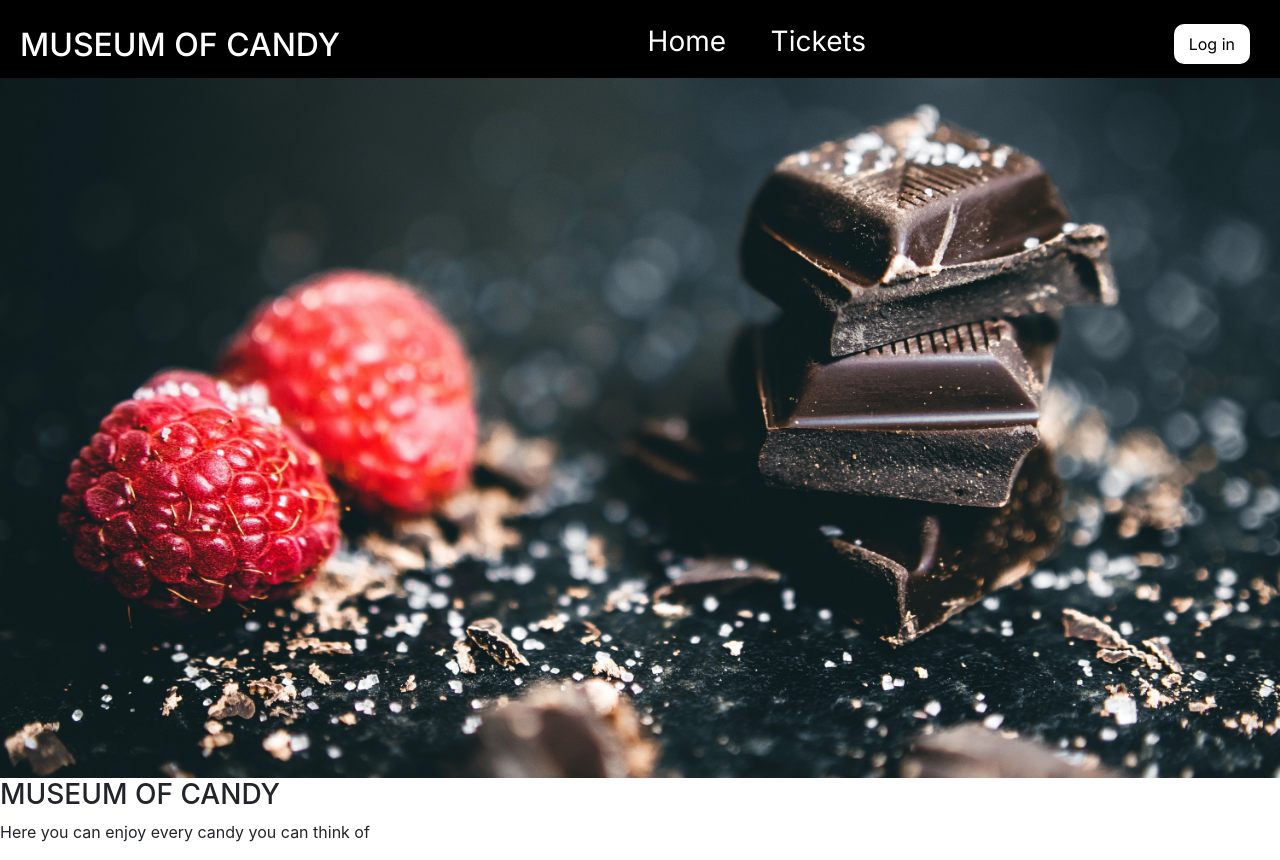
Repository: m-koparanova/MuseumOfCandy
Page: index.html
These files come from the project's save history. The page is drawn as it stood at one moment and after the next save; the edit follows.
The browser window is 1280 px wide. The pictures show the whole page.

Above is the page before, as saved 2023-03-05 19:34:21.

After the next save:
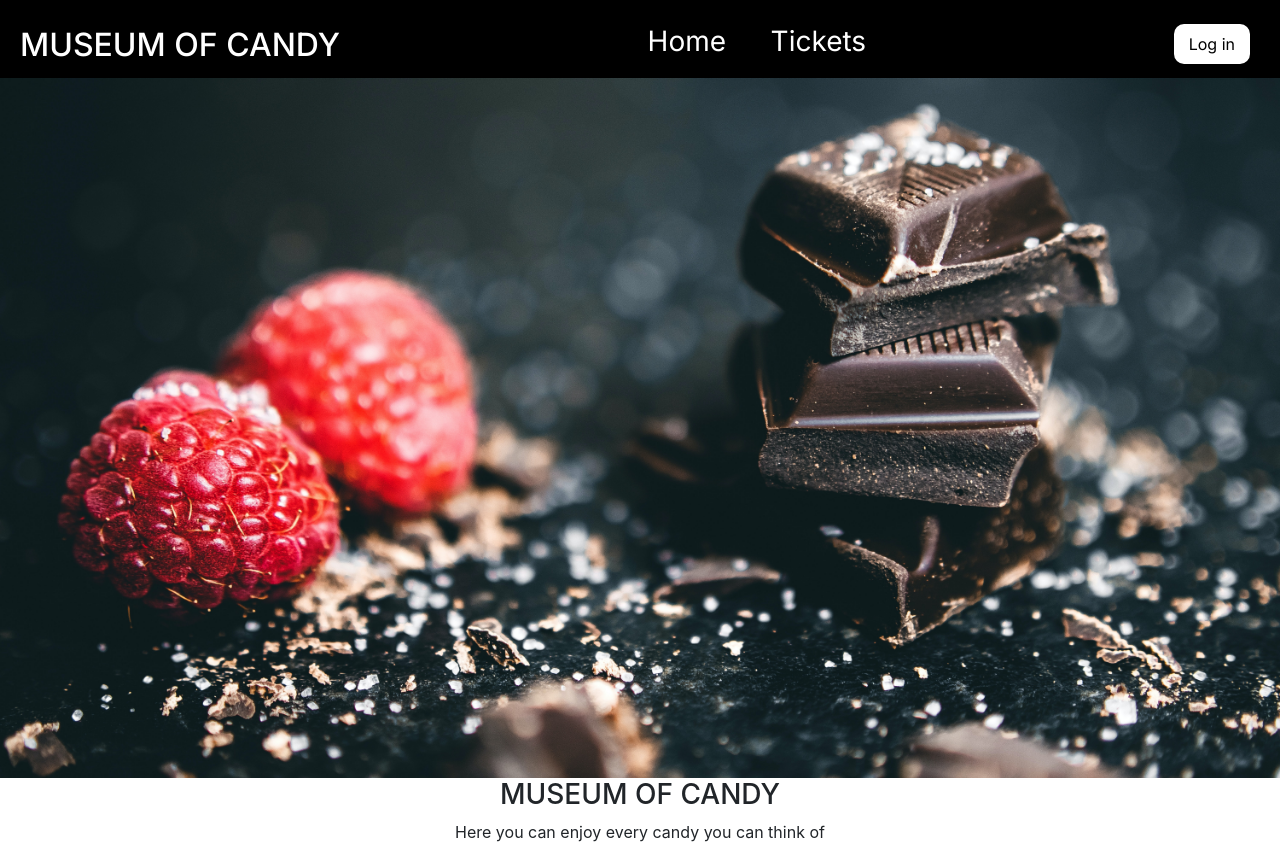
Saved 47 s later.
--- a/style.css
+++ b/style.css
@@ -59,6 +59,11 @@
     color: white;
 }
 
+.image-container {
+    position: relative;
+    text-align: center;
+}
+
 .image{
     object-fit: cover;
     width: 100%;
